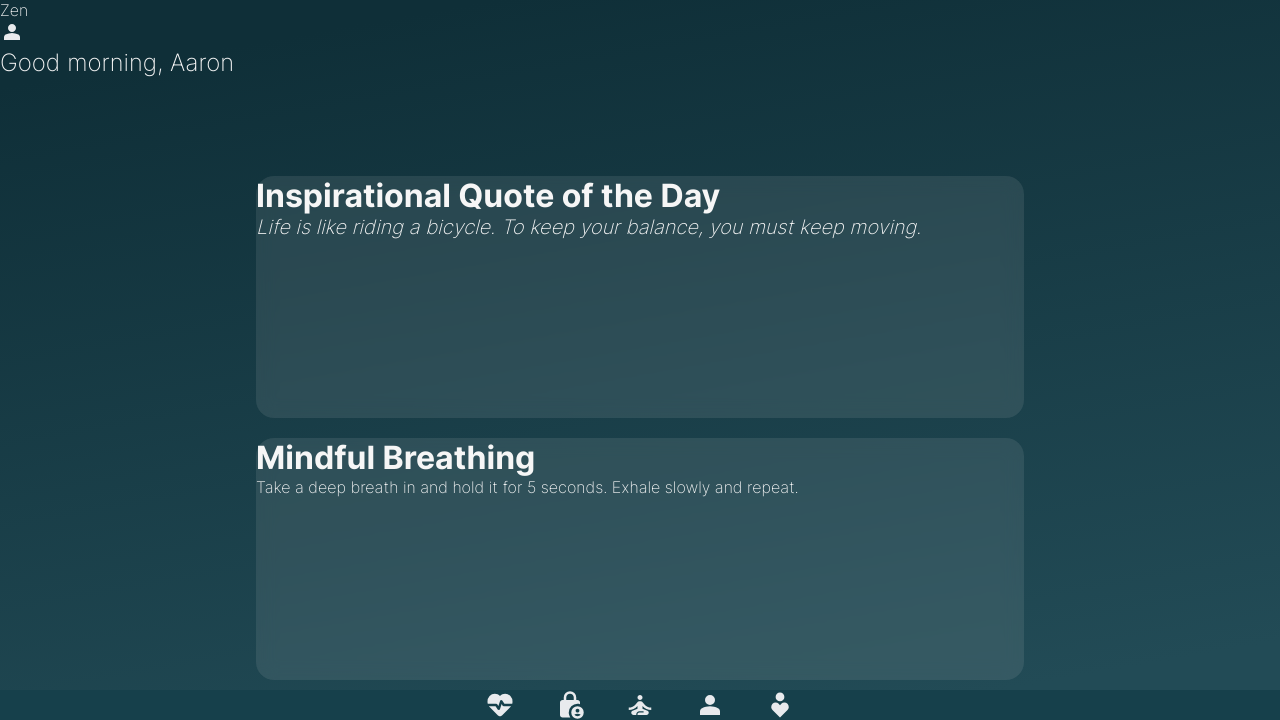
Repository: aaronw-dev/Zen
Page: dashboard.html
An editor plug-in stored every save of this project. The page is shown before and after the next save, followed by the edit.
The browser window is 1280 px wide. The pictures show the whole page.

Above is the page before, as saved 2024-06-08 13:55:07.

After the next save:
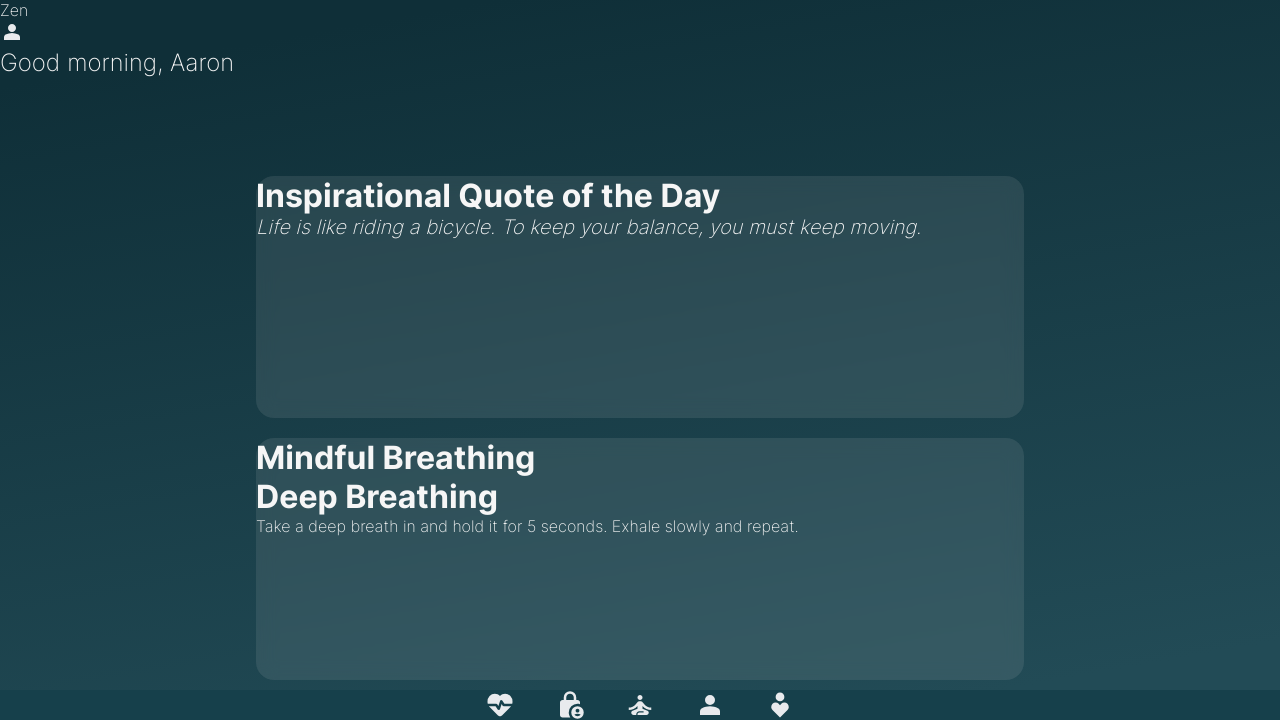
Saved 5 s later.
--- a/dashboard.html
+++ b/dashboard.html
@@ -26,7 +26,7 @@
         <div class="mindful_breathing">
 
             <h2 class="section-title">Mindful Breathing</h2>
-            <h3 class="section-title"></h3>
+            <h3 class="section-title">Deep Breathing</h3>
             <p>Take a deep breath in and hold it for 5 seconds. Exhale slowly and repeat.</p>
         </div>
     </div>
